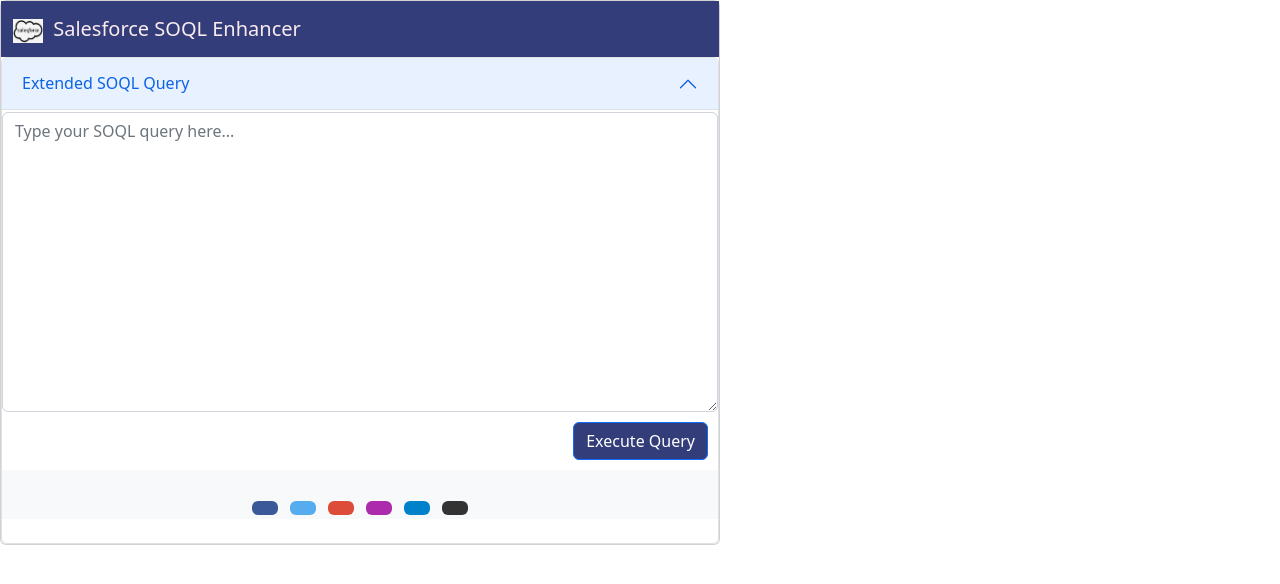
Repository: anweshpargi/salesforceExtension
Page: popup.html
These files come from the project's save history. The page is drawn as it stood at one moment and after the next save; the edit follows.
The browser window is 1280 px wide. The pictures show the whole page.

Above is the page before, as saved 2023-08-28 10:30:15.
Not found: js/jsforce.js

After the next save:
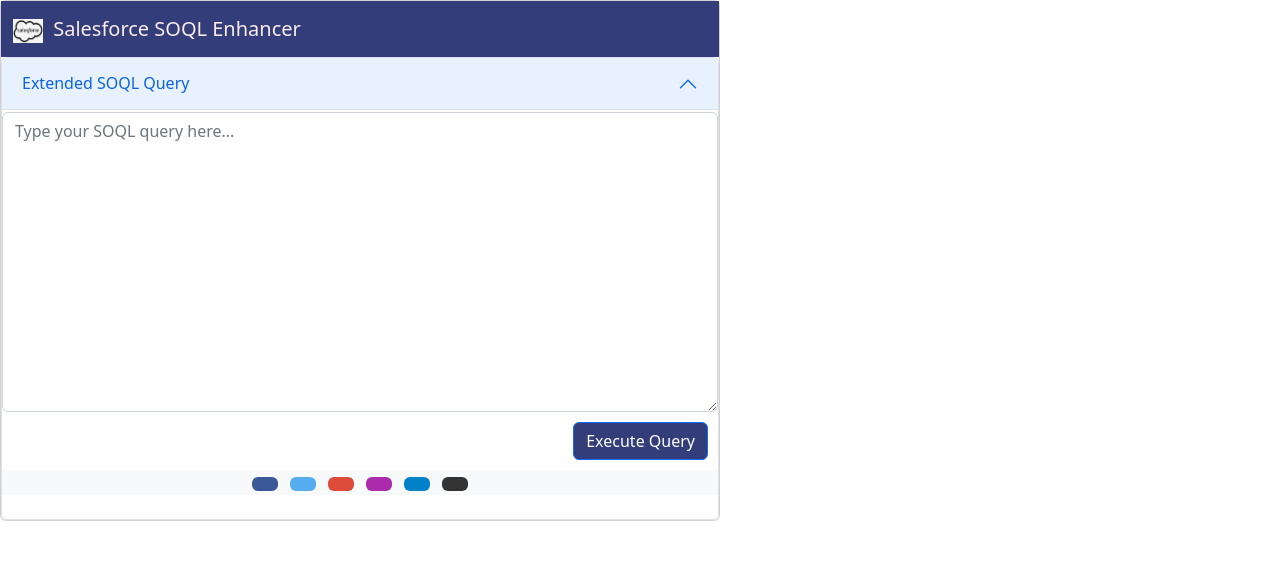
Saved 18 s later.
--- a/popup.html
+++ b/popup.html
@@ -57,7 +57,7 @@
 
                 <footer class="bg-light text-center text-white">
                     <!-- Grid container -->
-                    <div class="container p-4 pb-0">
+                    <!-- <div class="container p-4 pb-0"> -->
                       <!-- Section: Social media -->
                       <section class="mb-4">
                         <!-- Facebook -->
@@ -114,7 +114,7 @@
                         ></a>
                       </section>
                       <!-- Section: Social media -->
-                    </div>
+                    <!-- </div> -->
                     <!-- Grid container -->
 
                     <!-- Copyright -->
